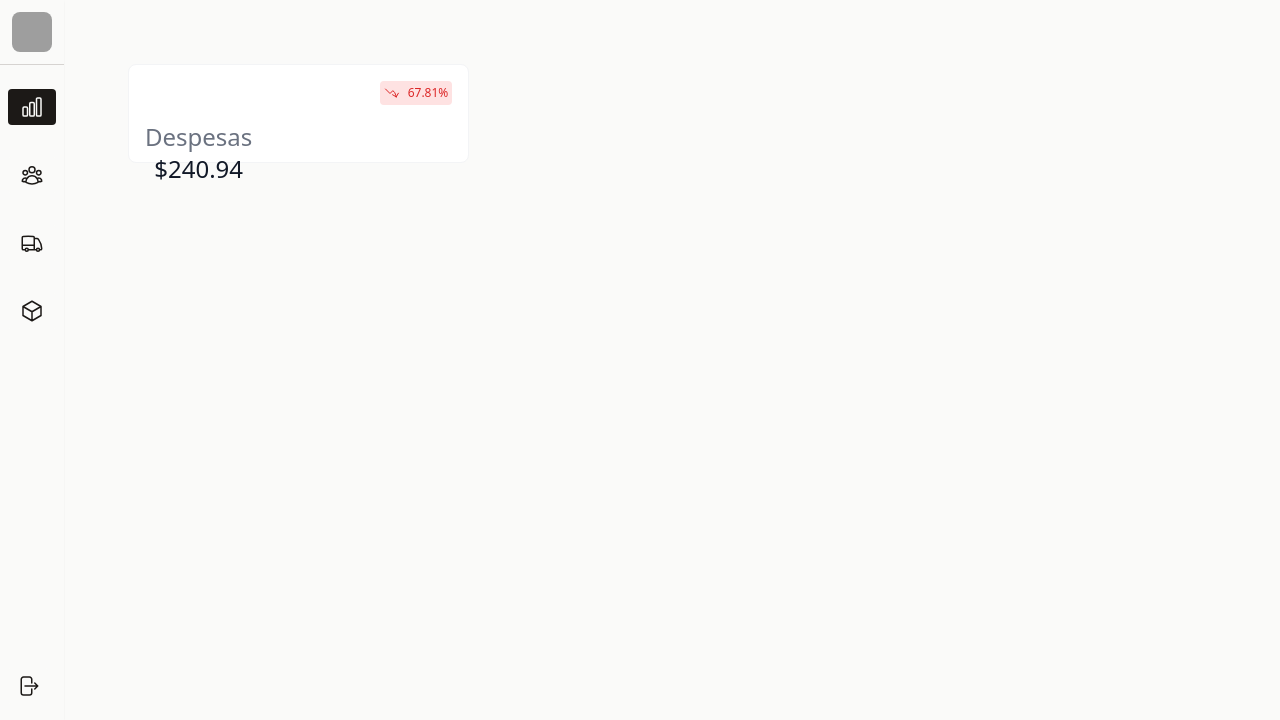
Repository: XavierOtavio/Cuzinhas
Page: /dashboard
An editor plug-in stored every save of this project. The page is shown before and after the next save, followed by the edit.
The browser window is 1280 px wide. The pictures show the whole page.
Pictures or frames that could not be fetched are drawn as grey boxes. The project was rebuilt for these pictures with package versions that can differ from the ones it lists, and the page was loaded fresh each time. Also part of the build but not shown: src/components/Orders.js, src/components/Employees.js, src/components/Login.js, src/components/Register.js, src/components/Home.js, src/components/Logotipo.js, src/components/Header.js, src/components/Footer.js and 1 more.

Above is the page before, as saved 2023-03-08 18:38:32.

### src/App.js
import { Route, Routes } from "react-router-dom";
import LayoutBackend from "./components/LayoutBackend";
import Dashboard from "./components/Dashboard";
import Orders from "./components/Orders";
import Employees from "./components/Employees";
import Login from "./components/Login";
import Register from "./components/Register";
import Home from "./components/Home";
import LayoutFront from "./components/LayoutFront";

function App() {
  return (
    <div className="App">
      <Routes>
        <Route path="/dashboard" element={<LayoutBackend />}>
          <Route path="" element={<Dashboard />} />
          <Route path="orders" element={<Orders />} />
          <Route path="employees" element={<Employees />} />
        </Route>
        <Route path="" element={<LayoutFront />}>
          <Route path="/" element={<Home />} />
        </Route>
        <Route path="/login" element={<Login />} />
        <Route path="/register" element={<Register />} />
      </Routes>
    </div>
  );
}

export default App;

### src/components/LayoutBackend.js
import React from "react";
import SideBar from "./SideBar";
import { Outlet } from "react-router-dom";

export default function LayoutBackend() {
  return (
    <>
      <div className="absolute h-screen w-screen">
        <SideBar />
        <div className="relative flex h-full items-center justify-center bg-stone-50">
          <Outlet />
        </div>
      </div>
    </>
  );
}

### src/components/Dashboard.js
import React from "react";
import {
  ArrowTrendingUpIcon,
  ArrowTrendingDownIcon,
} from "@heroicons/react/24/outline";

export default function Dashboard() {
  return (
    <div className="absolute inset-0 mx-32 my-16 grid grid-cols-12 grid-rows-6">
      <div className="row-start-1 row-end-2 col-start-1 col-end-5">
        <button class="flex flex-col gap-4 rounded-lg border border-gray-100 bg-white w-full h-full  p-4">
          <div class="inline-flex gap-2 self-end rounded bg-red-100 p-1 text-red-600">
            <ArrowTrendingDownIcon className="h-4 w-4" />
            <span class="text-xs font-medium"> 67.81% </span>
          </div>
          <div>
            <strong class="block text-left text-2xl font-medium text-gray-500">
              Despesas
            </strong>
            <p>
              <span class="text-2xl font-medium text-gray-900"> $240.94 </span>
            </p>
          </div>
        </button>
      </div>
    </div>
  );
}

### src/components/SideBar.js
import React from "react";
import { Link, useLocation } from "react-router-dom";
import {
  ArrowRightOnRectangleIcon,
  ChartBarIcon,
  CubeIcon,
  TruckIcon,
  UserGroupIcon,
} from "@heroicons/react/24/outline";

export default function SideBar() {
  const location = useLocation();
  return (
    <div className="absolute inset-y-0 left-0 z-10 w-16 shadow-sm bg-stone-50">
      <div>
        <div className="inline-flex h-16 w-16 items-center justify-center">
          <Link
            to="/profile"
            className="group relative flex justify-center rounded"
          >
            <img
              alt="user"
              className="rounded-lg h-10 w-10"
              src="https://cdn.discordapp.com/attachments/1082425024104894666/1082799435727253584/xSVMV6xD9Cf7K56wjeEF--1--2htnr.jpg"
            />
            <span className="absolute left-full text-left whitespace-nowrap top-1/2 ml-4 -translate-y-1/2 rounded bg-stone-900 px-2 py-1.5 text-xs font-medium text-stone-50 opacity-0 group-hover:opacity-100">
              Perfil <p className="font-light">Xavier Otávio</p>
            </span>
          </Link>
        </div>
        <div className="border-t border-stone-300">
          <nav aria-label="Main" className="flex flex-col p-2">
            <div className="py-4">
              <Link
                to="/dashboard"
                className={`group relative flex  justify-center rounded  px-2 py-1.5  ${
                  location.pathname === "/dashboard"
                    ? "bg-stone-900 text-stone-50"
                    : "bg-stone-50 text-stone-900"
                }`}
              >
                <ChartBarIcon className="h-6 w-6" />
                <span className="absolute left-full top-1/2 ml-4 -translate-y-1/2 rounded bg-stone-900 px-2 py-1.5 text-xs font-medium text-stone-50 opacity-0 group-hover:opacity-100">
                  Dashboard
                </span>
              </Link>
            </div>
            <div className="py-4">
              <Link
                to="/dashboard/employees"
                className={`group relative flex  justify-center rounded  px-2 py-1.5  ${
                  location.pathname === "/dashboard/employees"
                    ? "bg-stone-900 text-stone-50"
                    : "bg-stone-50 text-stone-900"
                }`}
              >
                <UserGroupIcon className="h-6 w-6" />
                <span className="absolute left-full top-1/2 ml-4 -translate-y-1/2 rounded bg-stone-900 px-2 py-1.5 text-xs font-medium text-stone-50 opacity-0 group-hover:opacity-100">
                  Empregados
                </span>
              </Link>
            </div>
            <div className="py-4">
              <Link
                to="/dashboard/orders"
                className={`group relative flex  justify-center rounded  px-2 py-1.5  ${
                  location.pathname === "/dashboard/orders"
                    ? "bg-stone-900 text-stone-50"
                    : "bg-stone-50 text-stone-900"
                }`}
              >
                <TruckIcon className="h-6 w-6" />
                <span className="absolute left-full top-1/2 ml-4 -translate-y-1/2 rounded bg-stone-900 px-2 py-1.5 text-xs font-medium text-stone-50 opacity-0 group-hover:opacity-100">
                  Encomendas
                </span>
              </Link>
            </div>
            <div className="py-4">
              <Link
                to="/dashboard/stock"
                className={`group relative flex  justify-center rounded  px-2 py-1.5  ${
                  location.pathname === "/dashboard/stock"
                    ? "bg-stone-900 text-stone-50"
                    : "bg-stone-50 text-stone-900"
                }`}
              >
                <CubeIcon className="h-6 w-6" />
                <span className="absolute left-full top-1/2 ml-4 -translate-y-1/2 rounded bg-stone-900 px-2 py-1.5 text-xs font-medium text-stone-50 opacity-0 group-hover:opacity-100">
                  Matérias-primas
                </span>
              </Link>
            </div>
            <div className="py-4 bottom-0 absolute">
              <Link
                to="/"
                className="group relative flex  justify-center rounded bg-stone-50 px-2 py-1.5 text-stone-900"
              >
                <ArrowRightOnRectangleIcon className="h-6 w-6" />
                <span className="absolute left-full top-1/2 ml-4 -translate-y-1/2 rounded bg-stone-900 px-2 py-1.5 text-xs font-medium text-stone-50 opacity-0 group-hover:opacity-100">
                  Sair
                </span>
              </Link>
            </div>
          </nav>
        </div>
      </div>
    </div>
  );
}

Loaded but not shown: public/index.html (common file); src/index.js (common file); src/index.css (common file); src/reportWebVitals.js (common file); tailwind.config.js (common file)

After the next save:
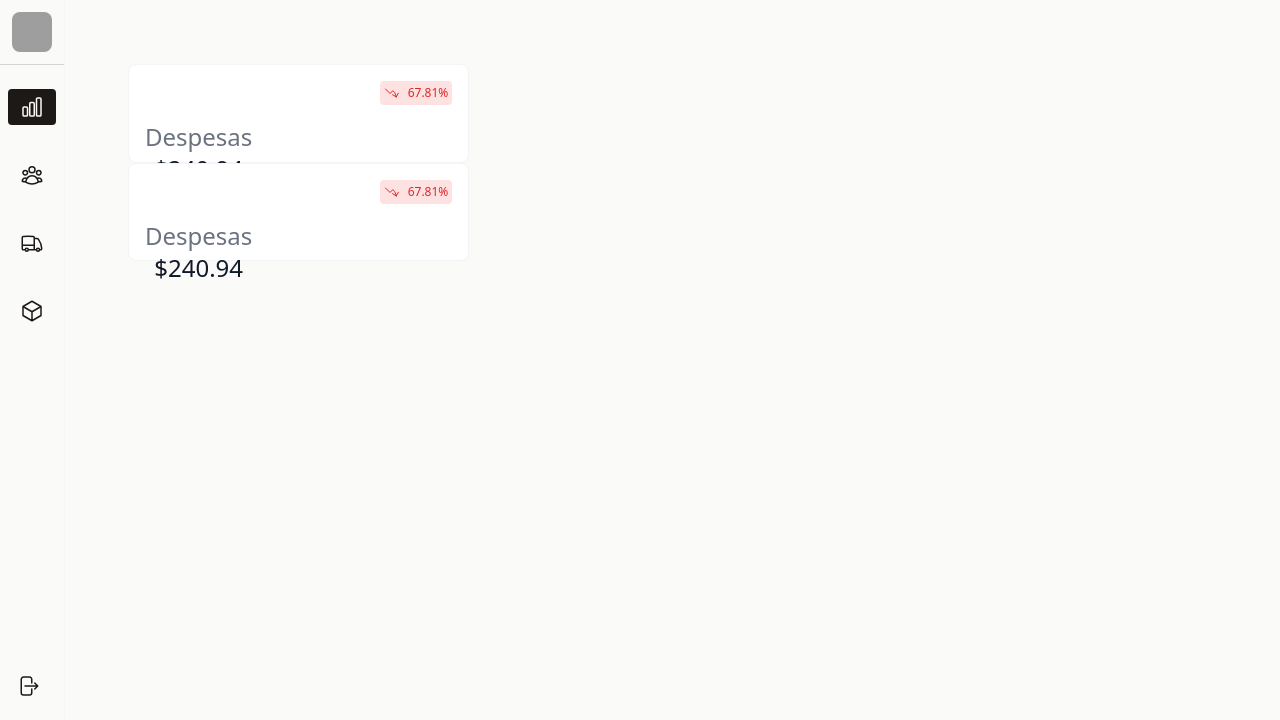
Saved 17 s later.
--- a/src/components/Dashboard.js
+++ b/src/components/Dashboard.js
@@ -23,6 +23,22 @@ export default function Dashboard() {
           </div>
         </button>
       </div>
+      <div className="row-start-2 row-end-2 col-start-1 col-end-5">
+        <button class="flex flex-col gap-4 rounded-lg border border-gray-100 bg-white w-full h-full  p-4">
+          <div class="inline-flex gap-2 self-end rounded bg-red-100 p-1 text-red-600">
+            <ArrowTrendingDownIcon className="h-4 w-4" />
+            <span class="text-xs font-medium"> 67.81% </span>
+          </div>
+          <div>
+            <strong class="block text-left text-2xl font-medium text-gray-500">
+              Despesas
+            </strong>
+            <p>
+              <span class="text-2xl font-medium text-gray-900"> $240.94 </span>
+            </p>
+          </div>
+        </button>
+      </div>
     </div>
   );
 }
